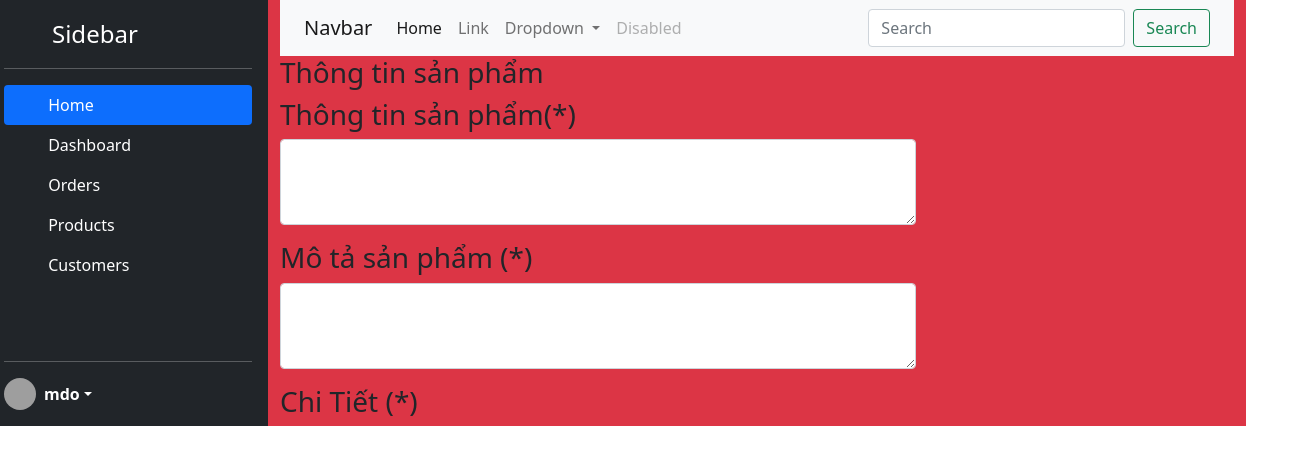
Repository: Lehuyhuynh/BT12-BOOTSTRAP
Page: index.html
An editor plug-in stored every save of this project. The page is shown before and after a run of saves, followed by the edit.
The browser window is 1280 px wide. The page is 1292 px wide, so the pictures cover 1292 px, including what lies to the right of the window. The pictures show the whole page.
Pictures or frames that could not be fetched are drawn as grey boxes.

Above is the page before, as saved 2023-08-19 22:18:38.

After the next 2 saves:
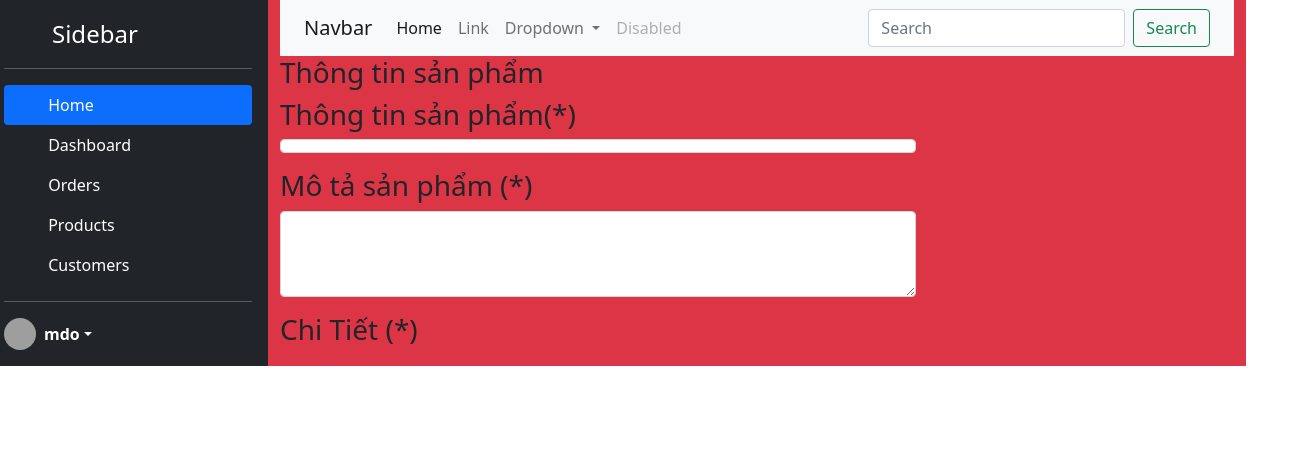
The 2 saves are shown as one change because they came seconds apart.
The last was saved 12 s later.
--- a/index.html
+++ b/index.html
@@ -108,7 +108,7 @@
 
               <div class="mb-3">
                 <label for="exampleFormControlTextarea1" class="form-label">Thông tin sản phẩm(*)</label>
-                <textarea class="form-control" id="exampleFormControlTextarea1" rows="3"></textarea>
+                <table class="form-control" id="exampleFormControlTextarea1" rows="3"></table>
               </div>
 
               <div class="mb-3">
